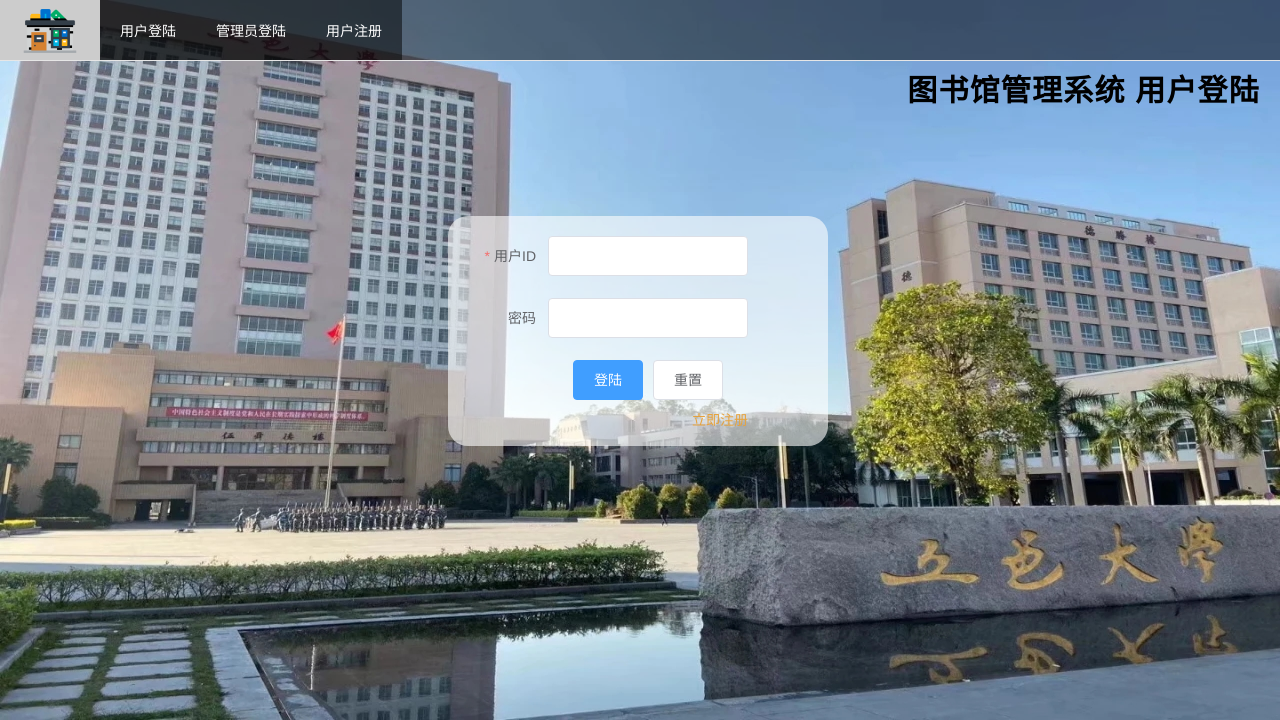
Repository: Akron-xz/helloVue
Page: /#/userLogin (app in vue-library/)
These files come from the project's save history. The page is drawn as it stood at one moment and after the next save; the edit follows.
The browser window is 1280 px wide. The pictures show the whole page.
The project was rebuilt for these pictures with package versions that can differ from the ones it lists, and the page was loaded fresh each time. Also part of the build but not shown: vue-library/src/views/Home.vue.

Above is the page before, as saved 2020-11-24 21:25:05.

After the next save:
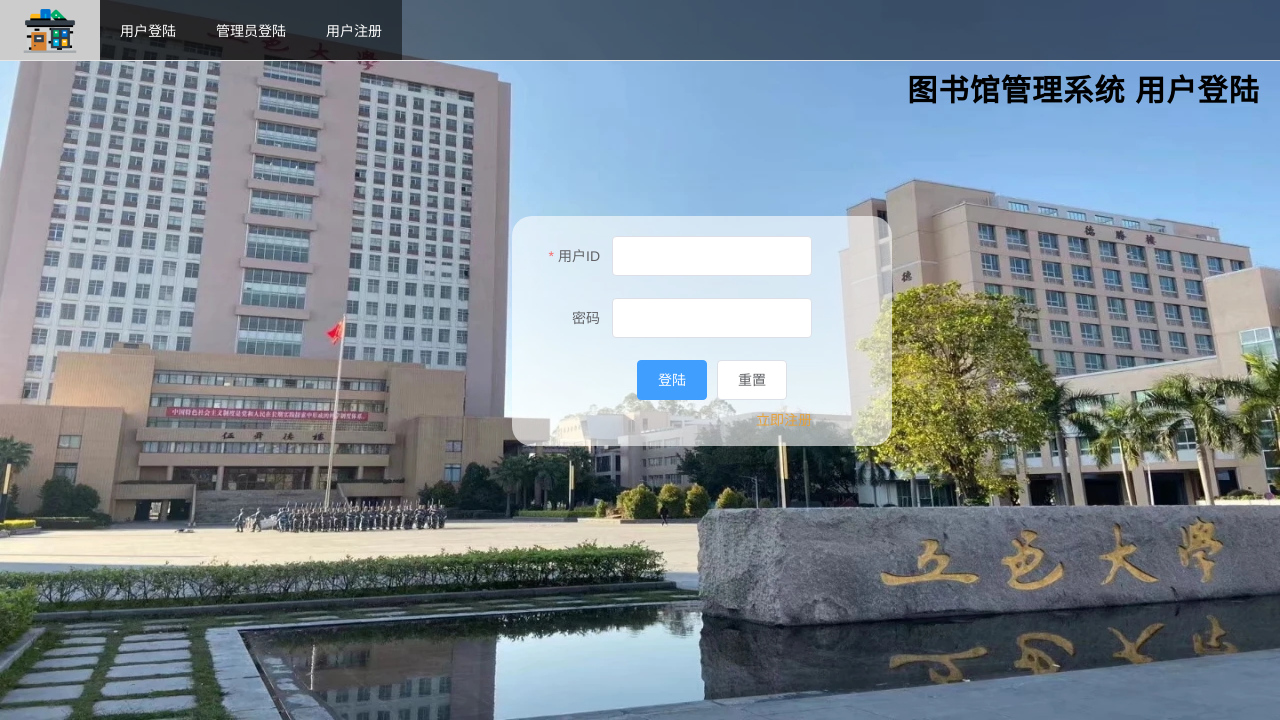
Saved 23 s later.
--- a/vue-library/src/views/UserLogin.vue
+++ b/vue-library/src/views/UserLogin.vue
@@ -169,7 +169,7 @@ export default {
 .loginBox{
   position: fixed;
   top: 30%;
-  left: 35%;
+  left: 40%;
   width: 380px;
   height: 230px;
   border-radius: 20px;
